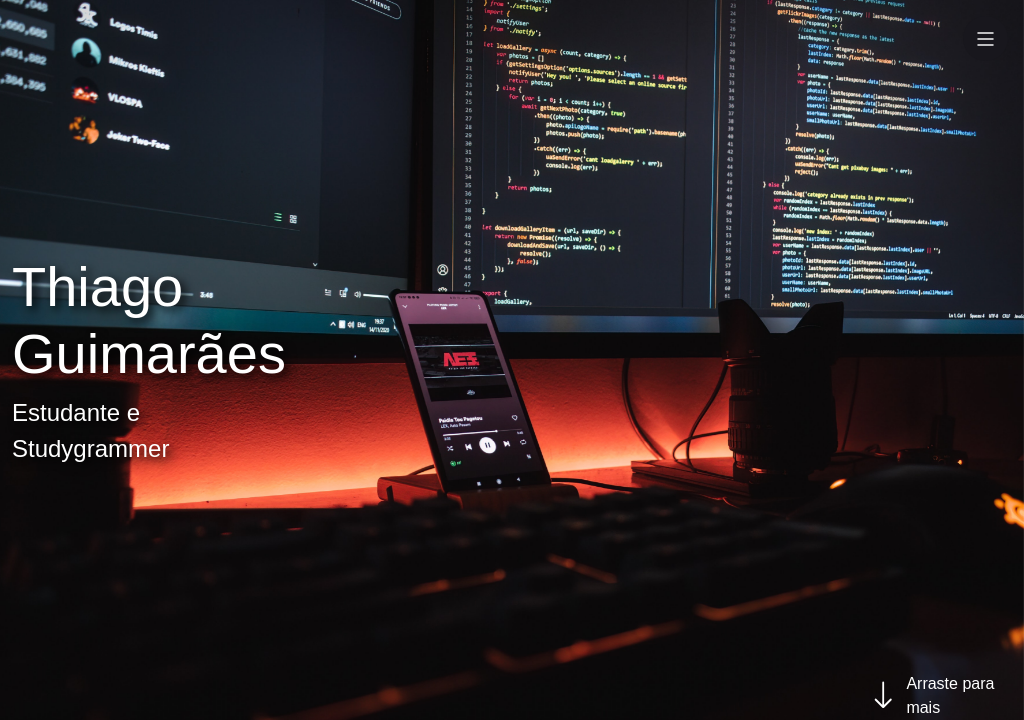
Repository: Rayago/projeto-portfolio
Page: http://localhost/
The author's editor kept a copy of each file at every save. The page is drawn from the files as they stood at one save, then again after the next save.
The browser window is 1024 px wide. The pictures show the whole page.
Some web fonts or font styles are not loaded; a fallback is used. The page is served by the project's application, run on Flask 3 (app.py).

Above is the page before, as saved 2022-07-12 18:07:48.

### templates/index.html
<!DOCTYPE html>
<html lang="pt-br">
<head>
    <meta charset="UTF-8">
    <meta http-equiv="X-UA-Compatible" content="IE=edge">
    <meta name="viewport" content="width=device-width, initial-scale=1.0">
    <link rel="stylesheet" href="../static/bootstrap/css/bootstrap.css">
    <link rel="stylesheet" href="../static/style.css">
    <link rel="icon" type="image/png" href="../static/img">
    <link rel="stylesheet" href="https://cdn.jsdelivr.net/npm/bootstrap-icons@1.8.3/font/bootstrap-icons.css">
    <title>Thiago Guimarães</title>
</head>
<body>

    <i class="bi bi-list menu-mobile"></i>

    <aside id="header">
        <section class="profile">
            <img src="../static/img/meu_perfil.jpg" alt="Foto Perfil"/>
            <h1>Thiago Guimarães</h1>
            <div class="social-links mt-4 text-center">
                <a target="_blank" href="https://www.linkedin.com/in/raymundo-thiago">
                    <i class="bi bi-linkedin"></i>
                </a>
                <a target="_blank" href="https://www.github.com/Rayago">
                    <i class="bi bi-github"></i>
                </a>
                <a target="_blank" href="https://www.instagram.com/estudatech">
                    <i class="bi bi-instagram"></i>
                </a>
            </div>
        </section>

        <nav id="navbar" class="nav-menu">
            <ul class="nav flex-column">
                <li class="nav-item">
                  <a class="nav-link active" aria-current="page" href="#"><i class="bi bi-house" aria-hidden="true"></i> Início</a>
                </li>
                <li class="nav-item">
                  <a class="nav-link" href="#"><i class="bi bi-person" aria-hidden="true"></i> Sobre</a>
                </li>
                <li class="nav-item">
                  <a class="nav-link" href="#"><i class="bi bi-list-check" aria-hidden="true"></i> Habilidades</a>
                </li>
                <li class="nav-item">
                    <a class="nav-link" aria-current="page" href="#"><i class="bi bi-file-earmark" aria-hidden="true"></i> Currículo</a>
                </li>
                <li class="nav-item">
                    <a class="nav-link" href="#"><i class="bi bi-collection" aria-hidden="true"></i> Portfólio</a>
                </li>
                <li class="nav-item">
                    <a class="nav-link" href="#"><i class="bi bi-envelope" aria-hidden="true"></i> Contato</a>
                </li>
              </ul>
        </nav>

    </aside>

    <main id="main">

        <section id="inicio" class="row m-0 p-0">
            <div class="col-md-5 d-flex justify-content-center align-items-center flex-column">
                <h2 class="text-white text-shadow">Thiago Guimarães</h2>
                <span id="subtitle" class="text-white text-shadow">Estudante e Studygrammer</span>
            </div>

            <div class="col-md-7 d-flex justify-content-end align-items-end">
                <div id="arraste" class="d-flex align-items-center">
                    <i class="bi bi-arrow-down text-white pe-2 fs-2" aria-hidden="true"></i>
                    <a href="">Arraste para mais</a>
                </div>

            </div>
        </section>

    </main>

    <script src="../static/bootstrap/js/bootstrap.bundle.min.js"></script>
    <script src="../static/script.js"></script>
</body>
</html>

### app.py
from flask import Flask, render_template, redirect

app = Flask(__name__)

@app.route('/')
def index():
    return render_template('index.html')

if __name__ == '__main__':
    app.run(debug=True)

### static/style.css
@import url('https://fonts.googleapis.com/css2?family=Ubuntu:ital,wght@0,300;0,400;0,500;0,700;1,300;1,400;1,500;1,700&display=swap');

html, body {
    font-family: Ubuntu, Arial;
    width: 100%;
    height: 100%;
}

#header {
    position: fixed;
    top: 0;
    left: 0;
    bottom: 0;
    background: #021124;
    overflow-y: auto;
    width: 300px;
    transition: all ease-in-out 0.5s;
    padding: 0 15px;
    z-index: 9997;
}

#header .profile img {
    margin: 15px auto;
    display: block;
    width: 120px;
    border: 8px solid #2c2f3f;
    border-radius: 50%;
}

#header .profile h1 {
    font-size: 24px;
    margin: 0;
    padding: 0;
    font-weight: 600;
    text-align: center;
    color: white;
}

#header .profile .social-links a {
    font-size: 1rem;
    background: #212431;
    color: #fff;
    padding: 0.6rem;
    margin-right: 1rem;
    border-radius: 50%;
    transition: 0.3s;
    text-decoration: none;
}

#header .profile .social-links a:hover {
    background: #149ddd;
}

.nav-menu {
    padding: 1.5rem;
}

.nav-menu a,
.nav-menu a:focus {
    display: flex;
    align-items: center;
    color: #a8a9b4;
    transition: 0.3s;
    font-size: 15px;
}

.nav-menu a i,
.nav-menu a:focus i {
    font-size: 24px;
    padding-right: 0.8rem;
    color: #6f7180;
}

.nav-menu a:hover,
.nav-menu .active,
.nav-menu .active:focus,
.nav-menu li:hover > a {
    text-decoration: none;
    color: #fff;
}

.nav-menu a:hover i,
.nav-menu .active i,
.nav-menu .active:focus i,
.nav-menu li:hover > a i {
    color: #149ddd;
}

#main{
    margin-left: 300px;
}

section#inicio {
    background-image: url("./img/banner.jpg");
    background-repeat: no-repeat;
    background-size: cover;
    background-attachment: fixed;
    background-position: center;

    width: 100%;
    height: 100vh;
}


section#inicio h2{
    font-size: 6rem;
}

section#inicio span#subtitle{
    margin-right: 8rem;
    font-size: 1.5rem;
}

.text-shadow {
    text-shadow: 4px 4px 10px #000000;
}

section#inicio div#arraste {
    width: 9rem;
}

section#inicio div#arraste a {
    text-decoration: none;
    color: #fff;
}

i.menu-mobile {
    position: fixed;
    color: #fff;
    background-color: #18171D;
    right: 1rem;
    top: 1rem;
    font-size: 1.5rem;
    border-radius: 4rem;
    cursor: pointer;
    z-index: 10;
    width: 45px;
    height: 45px;
    display: none;
    justify-content: center;
    align-items: center;
}

@media (max-width: 1024px) {
    #header {
        left: -300px;
    }

    i.menu-mobile {
        display: flex;
    }

    section#inicio h2 {
        font-size: 3.5rem;
    }

    span#subtitle {
        margin-right: 0;
        font-size: 1rem;
    }

    #main {
        margin-left: 0;
    }
}

Loaded but not shown: static/bootstrap/css/bootstrap.css (library); static/bootstrap/js/bootstrap.bundle.min.js (library); static/script.js (no stored copy; drawn as an empty file)

After the next save:
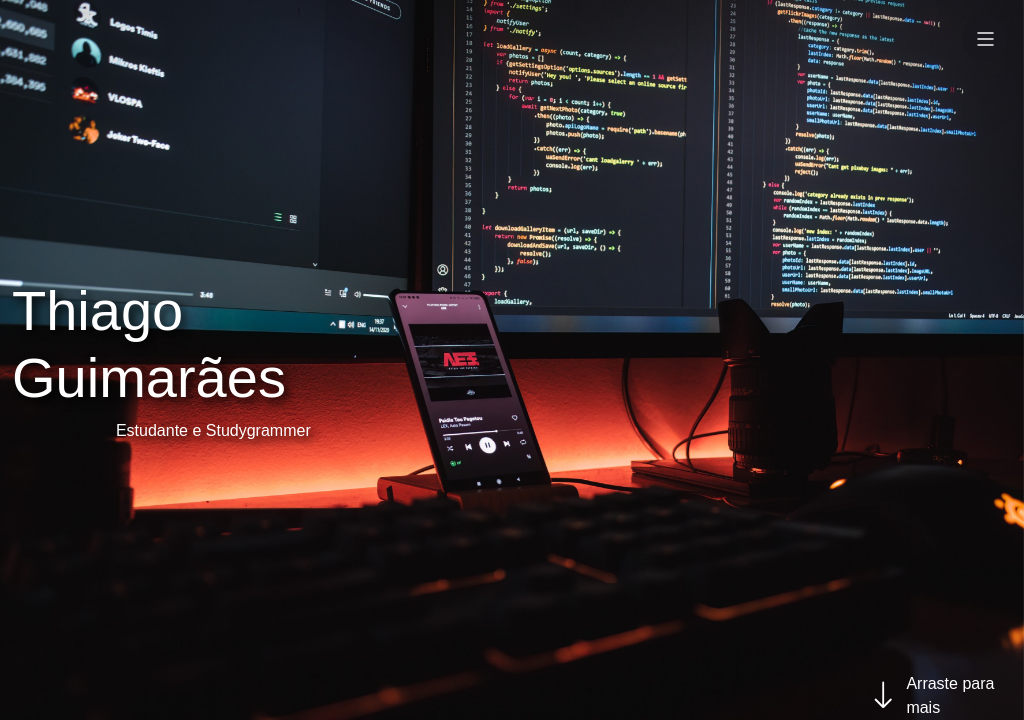
Saved 40 s later.
--- a/static/style.css
+++ b/static/style.css
@@ -154,7 +154,7 @@ i.menu-mobile {
         font-size: 3.5rem;
     }
 
-    span#subtitle {
+    section#inicio span#subtitle {
         margin-right: 0;
         font-size: 1rem;
     }
